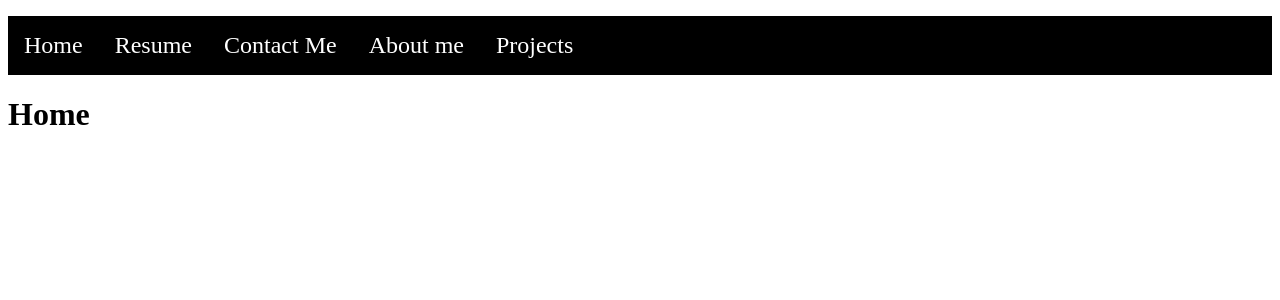
Repository: VidalLopez/VidalLopez.github.io
Page: contactme.html
The author's editor kept a record of every edit. The page is drawn from the files as they stood at one moment, then again after the next edit.
The browser window is 1280 px wide. The pictures show the whole page.

Above is the page before.

### contactme.html
<!DOCTYPE html>
<html>
  <head>
  <title>Home</title>
  <style>

    .navbar{
      list-style: none;
      background-color: black;
      overflow: hidden;
      padding: 0;
    }

    .navbar a, .dropdown div{
      text-decoration: none;
      color: white;
      font-size: 24px;
      padding: 16px;
      display: inline-block;
    }
    .navbar li{
      float: left;
    }

    .navbar li:hover{
      background-color: pink;
    }

    .dropdown-content{
      list-style: none;
      padding: 0;
      display: none;
    }

    .dropdown-content li{
      float:none;
    }

    .dropdown:hover .dropdown-content{
      display: block;
    }

  </style>

  </head>
  <body>
    <ul class="navbar">
      <li><a href="index.html">Home</a></li>
      <li><a href="resume.html">Resume</a></li>
      <li><a href="contactme.html">Contact Me</a></li>
      <li><a href="about.html">About me</a></li>
      <li class = "dropdown">
        <div>Projects</div>
        <ul class="dropdown-content">
          <li><a href="#">Project 1</a></li>
          <li><a href="#">Project 2</a></li>
          <li><a href="#">Project 3</a></li>
        </ul>
      </li>

    </ul>
<h1>Home</h1>

  </body>
</html>

After the next edit:
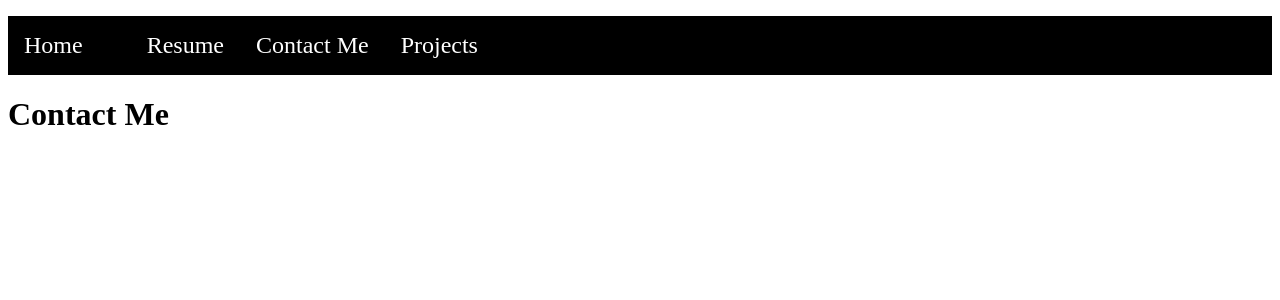
The edit:
--- a/contactme.html
+++ b/contactme.html
@@ -46,9 +46,9 @@
   <body>
     <ul class="navbar">
       <li><a href="index.html">Home</a></li>
+      <li><a href="about.html"></a></li>
       <li><a href="resume.html">Resume</a></li>
       <li><a href="contactme.html">Contact Me</a></li>
-      <li><a href="about.html">About me</a></li>
       <li class = "dropdown">
         <div>Projects</div>
         <ul class="dropdown-content">
@@ -59,7 +59,7 @@
       </li>
 
     </ul>
-<h1>Home</h1>
+<h1>Contact Me</h1>
 
   </body>
 </html>
